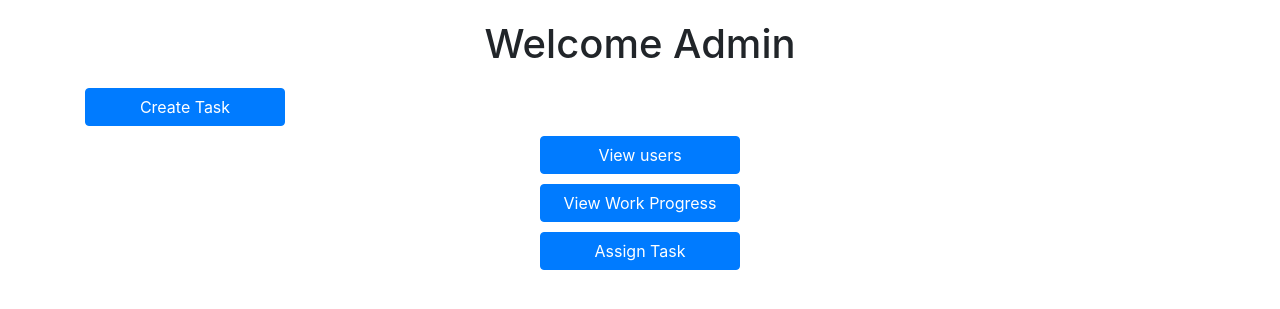
Repository: neha-rouniyar/taskmgmt
Page: http://localhost/admin-dashboard
An editor plug-in stored every save of this project. The page is shown before and after the next save, followed by the edit.
The browser window is 1280 px wide. The pictures show the whole page.
Some web libraries are served in a nearby version. The page is served by the project's Laravel application, run on PHP 8.4 with Laravel 10.

Above is the page before, as saved 2023-12-16 11:54:11.

After the next save:
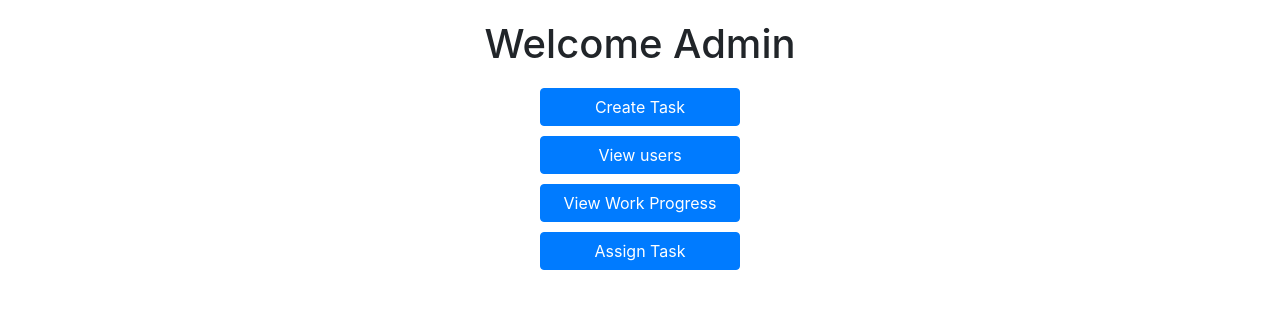
Saved 4 s later.
--- a/resources/views/admin/dashboard.blade.php
+++ b/resources/views/admin/dashboard.blade.php
@@ -36,8 +36,9 @@
     <div class="container text-center">
         <h1>Welcome Admin</h1>
         <div class="btn-container">
-
+            <a href="{{route('admin.create.task')}}">
                 <button type="button" class="btn btn-primary" data-toggle="modal" data-target="#exampleModal">Create Task</button>
+            </a>
             <a href="{{route('admin.view.users')}}">
                 <button type="button" class="btn btn-primary">View users</button>
             </a>
